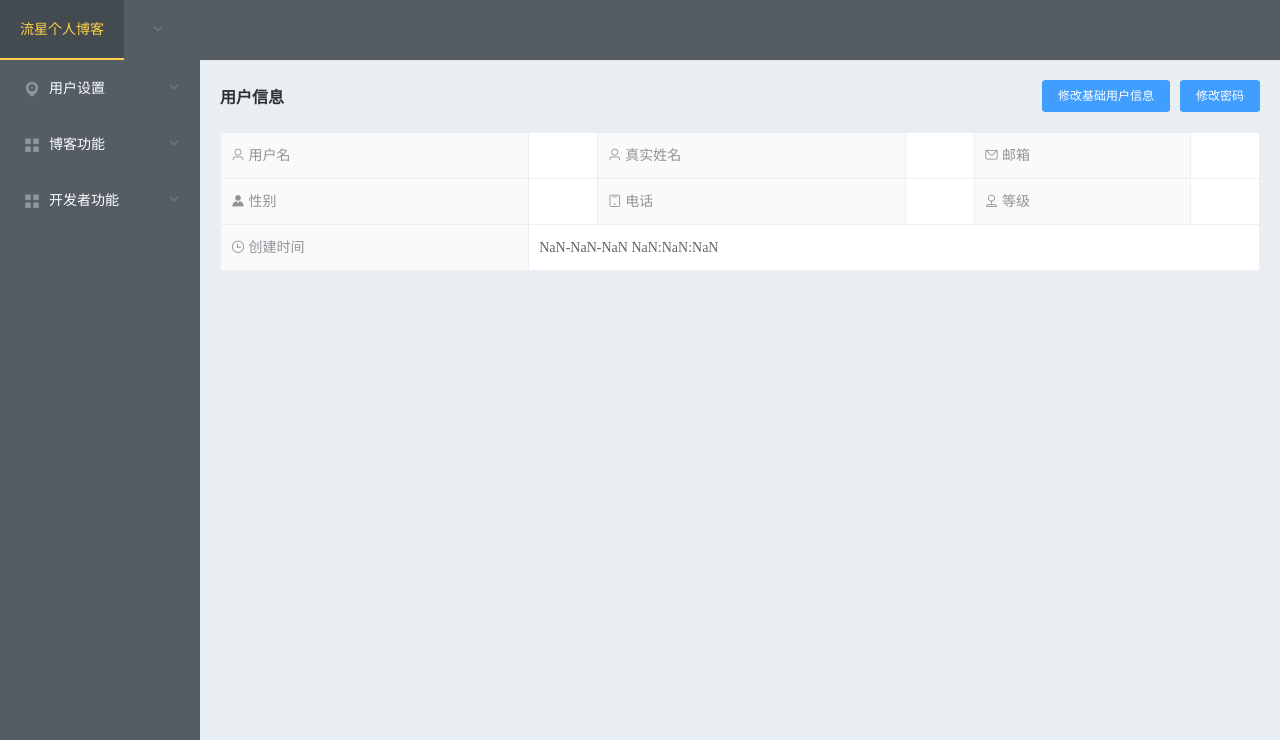
Repository: ljfzd6/showself
Page: /#/workplace
An editor plug-in stored every save of this project. The page is shown before and after the next save, followed by the edit.
The browser window is 1280 px wide. The pictures show the whole page.
The page's requests for data from a server got no answer. The project was rebuilt for these pictures with package versions that can differ from the ones it lists, and the page was loaded fresh each time. No one was signed in, and anything a server would have sent is missing. Also part of the build but not shown: vue.config.js, src/components/main-page.vue, src/views/hometext-page.vue, src/components/loginregister-page.vue, src/views/showtemplate-page.vue.

Above is the page before, as saved 2023-07-01 21:00:30.

### src/router/index.js
import Vue from 'vue'
import VueRouter from 'vue-router'
import MainPage from '@/components/main-page.vue'
import HomeText from '@/views/hometext-page.vue'
import LoginAndRegister from '@/components/loginregister-page.vue'
import WorkMain from '@/components/workplace-page.vue'
import ShowTemplate from '@/views/showtemplate-page.vue'
import UserImformation from '@/views/user-imformation-page.vue'

//导入插件
Vue.use(VueRouter)
// 新增以下代码，解决NavigationDuplicated问题
const originalPush = VueRouter.prototype.push
VueRouter.prototype.push = function push(location) {
  return originalPush.call(this, location).catch((err) => err)
}

const router = new VueRouter({
  // mode: 'hash',
  routes: [
    // 重定向首页
    { path: '/', redirect: '/home' },
    // 配置路由
    { path: '/login', component: LoginAndRegister },
    { path: '/workplace',
      component: WorkMain,
      redirect: '/workplace/userinformation',
      children: [
        {path: 'userinformation', component: UserImformation}
      ] },
    {
      path: '/home',
      component: MainPage,
      redirect: '/home/hometext',
      children: [
        { path: 'hometext', component: HomeText },
        { path: 'showtemplate', component: ShowTemplate },
        // { path: 'updateuser', component: UpdateUserInformation, name: 'updateuser' },
        // { path: 'alluser', component: AllUserInformation },
        // { path: 'useradd', component: UserAdd },
        // { path: 'userimageadd', component: UserImageAdd },
        // { path: 'qrcodecheck', component: ExtraQrcodeCheck },
        // { path: 'videoshow', component: videoShow, children: [{ path: 'video/:num', component: Video, name: 'video' }] },
        // { path: 'comment', component: Comment },
        // { path: 'updateusericon', component: UpdateUserIcon }
      ],
    },
  ],
})
export default router

### src/store/index.js
// 创建vuex中的stroe
import Vuex from 'vuex'
import Vue from 'vue'
import createPersistedState from 'vuex-persistedstate'
// 使用vuex组件
Vue.use(Vuex)
// 准备actions--用于响应组件中的动作
const actions = {
  updateuser (context, value) {
    context.commit('UPDATEUSER', value)
  }
}
// 准备mutations--用于操作数据
const mutations = {
  UPDATEUSER (state, value) {
    state.id = value.id
    state.username=value.username
    console.log(state.id+state.username)
  }
}
// 准备state--用于存储数据
const state = {
  id: '',
  username: ''
}
// 创建store
export default new Vuex.Store({
  plugins: [
    createPersistedState()
  ],
  actions, mutations, state
})

### src/components/workplace-page.vue
<template>
<div >
  <el-container class="pagestyle">
  <el-header >
<el-menu
  :default-active="activeIndex2"
  class="el-menu-demo"
  mode="horizontal"
  background-color="#545c64"
  text-color="#fff"
  active-text-color="#ffd04b"
  >
  <el-menu-item index="1">流星个人博客</el-menu-item>
  <el-submenu index="2">
    <template slot="title">{{  }}</template>
    <el-menu-item index="2-1" @click="userinformation()">个人信息</el-menu-item>
    <el-menu-item index="2-3" @click="null">注销登录</el-menu-item>
  </el-submenu>
</el-menu>
  </el-header>
  <el-container>
    <el-aside style="height: 680px;"  width="200px"  class="mainpage">
  <el-col :span="12">
    <el-menu
      default-active="2"
      class="el-menu-vertical-demo"
      background-color="#545c64"
      text-color="#fff"
      active-text-color="#ffd04b"
      >
      <el-submenu index="1">
        <template slot="title">
          <i class="el-icon-location"></i>
          <span>用户设置</span>
        </template>
        <el-menu-item-group>
          <el-menu-item index="1-1" @click="userinformation()">个人信息</el-menu-item>
          <el-menu-item index="1-2" @click="homepage()">回到首页</el-menu-item>
          <el-menu-item index="1-3" @click="null">注销</el-menu-item>
        </el-menu-item-group>
      </el-submenu>
      <el-submenu index="2">
         <template slot="title">
        <i class="el-icon-menu"></i>
        <span slot="title">博客功能</span>
         </template>
           <el-menu-item-group>
          <template slot="title">主要功能</template>
          <el-menu-item index="2-1" @click="null">我的博客</el-menu-item>
          <el-menu-item index="2-2" @click="null">创建博客</el-menu-item>
          <el-menu-item index="2-3" @click="null">赞助一下</el-menu-item>
        </el-menu-item-group>
      </el-submenu>
        <el-submenu index="3">
         <template slot="title">
        <i class="el-icon-menu"></i>
        <span slot="title">开发者功能</span>
         </template>
           <el-menu-item-group>
          <el-menu-item index="2-1" @click="null">上传模板</el-menu-item>
          <el-menu-item index="2-2" @click="null">我的模板</el-menu-item>
        </el-menu-item-group>
      </el-submenu>
    </el-menu>
  </el-col>
    </el-aside>
    <el-main style="height: 100%;">
      <router-view></router-view>
      </el-main>
  </el-container>
</el-container>
</div>
</template>

<script>
export default {
  data () {
    return {
      activeIndex: '1',
      activeIndex2: '1'
    }
  },
  methods: {
    userinformation(){
      this.$router.push('/workplace/userinformation')
    },
    homepage() {
      this.$router.push('/home/hometext')
    }
  }
}
</script>

<style lang="less" scoped>
.pagestyle {
  padding-left: 0px;
  padding-top: 0px;
  padding-bottom: 0px;
  height: 680px;
}
.el-menu-vertical-demo:not(.el-menu--collapse) {
    width: 200px;
    min-height: 400px;
  }
   &.el-header{
    background-color: #B3C0D1;
    color: #333;
    text-align: center;
    line-height: px;
    padding: 0 0px;
  }

  .el-aside {
    background-color: #D3DCE6;
    color: #333;
    text-align: left;
    line-height: 200px;
  }

  .el-main {
    background-color: #E9EEF3;
    color: #333;
    text-align: center;
    height:540px;
    flex-grow:1;
  }

  body > .el-container {
    margin-bottom: 40px;
    height: 100%;
  }
  .mainpage{
    height: 540px;
    padding-bottom: 0px;
    background-color: rgb(84, 92, 100);
  }

</style>

### src/views/user-imformation-page.vue
  <template>
  <div>
    <el-descriptions class="margin-top" title="用户信息" :column="3" :size="size" border>
    <template slot="extra">
      <el-button type="primary" size="small" @click="updateuser()">修改基础用户信息</el-button>
      <el-button type="primary" size="small" @click=" dialogFormVisible= true">修改密码</el-button>
    </template>
    <el-descriptions-item>
      <template slot="label">
        <i class="el-icon-user"></i>
        用户名
      </template>
      {{user.username}}
    </el-descriptions-item>
    <el-descriptions-item>
      <template slot="label">
        <i class="el-icon-user"></i>
        真实姓名
      </template>
      {{this.user.name}}
    </el-descriptions-item>
    <el-descriptions-item>
      <template slot="label">
        <i class="el-icon-message"></i>
        邮箱
      </template>
      {{this.user.email}}
    </el-descriptions-item>
    <el-descriptions-item>
      <template slot="label">
        <i class="el-icon-s-custom"></i>
        性别
      </template>
      {{this.user.sex}}
    </el-descriptions-item>
    <el-descriptions-item>
      <template slot="label">
        <i class="el-icon-mobile"></i>
        电话
      </template>
      {{this.user.phone}}
    </el-descriptions-item>
    <el-descriptions-item>
      <template slot="label">
        <i class="el-icon-coordinate"></i>
        等级
      </template>
      {{this.user.grade}}
    </el-descriptions-item>
    <el-descriptions-item>
      <template slot="label">
        <i class="el-icon-time"></i>
        创建时间
      </template>
      {{this.user.createtime|formatDate('yyyy-MM-dd HH:mm:ss')}}
    </el-descriptions-item>
  </el-descriptions>
    <!-- 修改密码弹窗 -->
 <el-dialog title="修改密码" :visible.sync="dialogFormVisible">
  <el-form :model="form">
    <el-form-item label="输入新密码" :label-width="formLabelWidth">
      <el-input v-model="newpassword" autocomplete="off"></el-input>
    </el-form-item>
    <el-form-item label="确认新密码" :label-width="formLabelWidth">
      <el-input v-model="rnewpassword" autocomplete="off"></el-input>
    </el-form-item>
  </el-form>
  <div slot="footer" class="dialog-footer">
    <el-button @click="dialogFormVisible = false">取 消</el-button>
    <el-button type="primary" @click="ok()">确 定</el-button>
  </div>
</el-dialog>
  </div>
</template>

<script>
import { SelectUserById, UpdatePassword } from '@/api/userApI.js'
export default {
  methods: {
    updateuser () {
      this.$router.push({ name: 'updateuser', params: { user: this.user } })
    },
 // 获取表单信息
    async getinformation () {
      const { data: res } = await SelectUserById(this.$store.state.id)
      console.log(res.data)
      this.user = res.data
      if (this.user.sex == 1) {
        this.user.sex = '男'
      } else {
        this.user.sex = '女'
      }
    },
   async ok () {
      if (this.newpassword == this.rnewpassword) {
        console.log("this.password, this.userid"+this.password+ this.userid)
        const { data: res } = await UpdatePassword( this.user.id,this.newpassword);
      if (res.code == 200) {
        this.$notify({
          title: '成功',
          message: res.msg,
          type: 'success'
        });
        this.dialogFormVisible = false;
        this.getinformation();
        this.newpassword = '';
        this.rnewpassword = '';
      } else {
        this.$notify.error({
          title: '错误',
          message: res.msg
        });
        this.dialogFormVisible= false
      }
      } else {
        this.$notify.error({
          title: '错误',
          message: '两遍密码输入不一致'
        });
      }
    }
  },
  data () {
    return {
      dialogFormVisible: false,
      user: '',
      size: '',
      newpassword: '',
      rnewpassword:''
    }
  },

  // 获取展示数据
  created () {
    this.getinformation()
  },
  filters: {
    formatDate: function (value, args) {
      var dt = new Date(value);
        // yyyy-MM-dd HH:mm:ss
        let year = dt.getFullYear();
        let month = (dt.getMonth() + 1).toString().padStart(2, '0');
        let date = dt.getDate().toString().padStart(2, '0');
        let hour = dt.getHours().toString().padStart(2, '0');
        let minute = dt.getMinutes().toString().padStart(2, '0');
        let second = dt.getSeconds().toString().padStart(2, '0');
        return `${year}-${month}-${date} ${hour}:${minute}:${second}`;
    }
  }
}
</script>

<style>

</style>

### src/api/userApI.js
import request from '@/utils/request.js'
//登录
export const Login = function (email, password,verifycode) {
  // 请求路径
  return request.get('/user/login', {
    params: {
      email: email,
      password: password,
      verifyCode: verifycode
    }
  })
}
// 通过id返回用户数据请求
export const SelectUserById = function (id) {
  return request.get('/user/getuserbyid', {
    params: {
      id: id
    }
  })
}
// 通过邮箱返回用户数据请求
export const SelectUserByEmail = function (email) {
  return request.get('/user/getuserbyemail', {
    params: {
      email: email,
      operator: 'admin'
    }
  })
}
// 获取验证码
export const GetVerifCode = function () {
  return request.get('/user/verifycode', {
    responseType: 'blob'
  })
}
// 发送验证码
export const SendVerifEmail = function (email) {
  return request.get('/email/sendregisteremail', {
    params: {
      email: email
    }
  })
}
// 添加用户
export const AddUser = function (user,code,usercode) {
  return request.post('/user/register', {
      user: {
        username: user.username,
        password: user.password,
        name: user.name,
        phone: user.phone,
        email: user.email,
      },
      code: code,
      usercode:usercode
  })
}
// 修改密码
export const UpdatePassword = function (id,password) {
  return request.put('/user/updatepassword', {
    user: {
      id: id,
      password: password
    },
    operator: id
  })
}
// 修改用户数据
export const UpdateUserInformation = function (user) {
   console.log('准备发送的' + user)
  return request.put('/user/updateuser', {
    user:{
      id: user.id,
      username: user.username,
      name: user.name,
      phone: user.phone,
      email: user.email,
      sex: user.sex,
    },
      operator: user.name

  })
}


// // 获取全部用户
// export const GetAllUser = function () {
//   return request.get('/user/getalluser')
// }
// // 删除指定用户
// export const DeleteUser = function (username) {
//   return request.get('/user/deleteuser', {
//     params: {
//       username: username
//     }
//   })
// }

### src/utils/request.js
import axios from 'axios'
const request = axios.create({
  // 请求的接口基础路径
  baseURL: '/api'
})
export default request

Loaded but not shown: public/index.html (common file); src/main.js (common file); src/App.vue (common file)

After the next save:
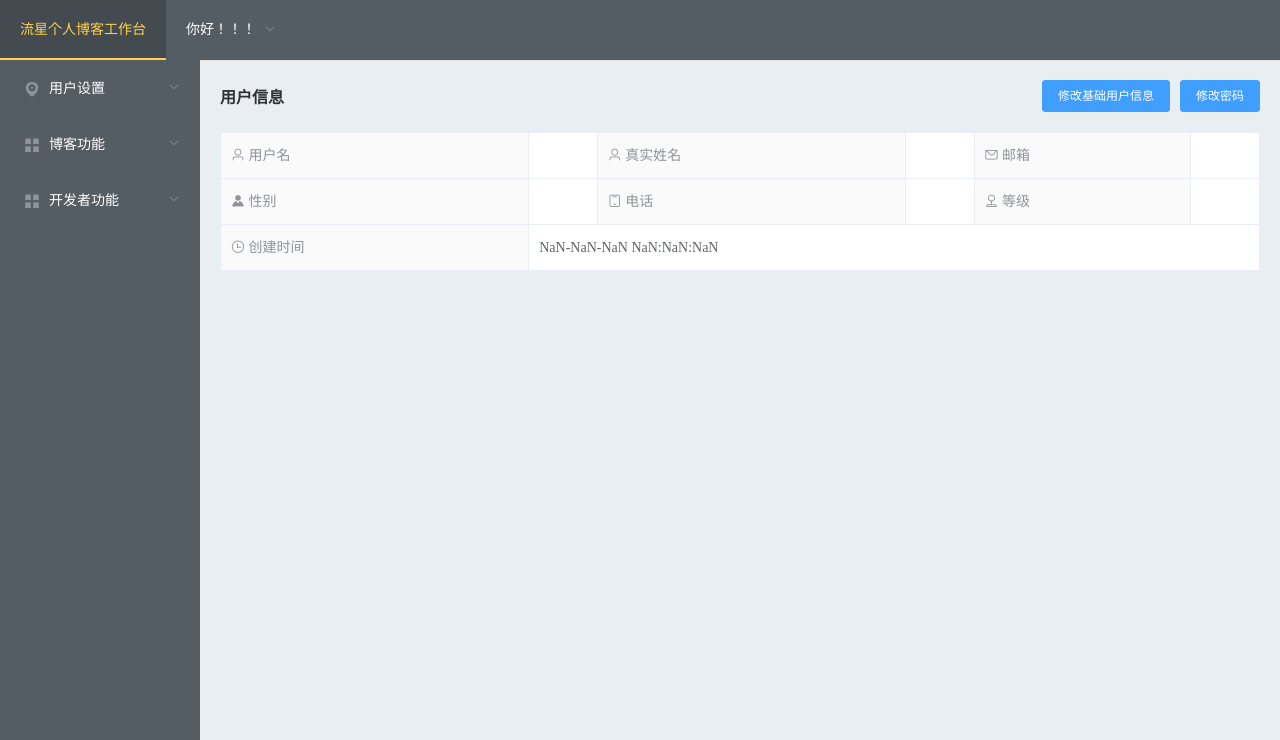
Saved 2 min 20 s later.
--- a/src/components/workplace-page.vue
+++ b/src/components/workplace-page.vue
@@ -10,11 +10,11 @@
   text-color="#fff"
   active-text-color="#ffd04b"
   >
-  <el-menu-item index="1">流星个人博客</el-menu-item>
+  <el-menu-item index="1">流星个人博客工作台</el-menu-item>
   <el-submenu index="2">
-    <template slot="title">{{  }}</template>
+    <template slot="title">你好！！！{{ $store.state.username }}</template>
     <el-menu-item index="2-1" @click="userinformation()">个人信息</el-menu-item>
-    <el-menu-item index="2-3" @click="null">注销登录</el-menu-item>
+    <el-menu-item index="2-3" @click="logoff()">注销登录</el-menu-item>
   </el-submenu>
 </el-menu>
   </el-header>
@@ -36,7 +36,7 @@
         <el-menu-item-group>
           <el-menu-item index="1-1" @click="userinformation()">个人信息</el-menu-item>
           <el-menu-item index="1-2" @click="homepage()">回到首页</el-menu-item>
-          <el-menu-item index="1-3" @click="null">注销</el-menu-item>
+          <el-menu-item index="1-3" @click="logoff()">注销</el-menu-item>
         </el-menu-item-group>
       </el-submenu>
       <el-submenu index="2">
@@ -46,9 +46,8 @@
          </template>
            <el-menu-item-group>
           <template slot="title">主要功能</template>
-          <el-menu-item index="2-1" @click="null">我的博客</el-menu-item>
-          <el-menu-item index="2-2" @click="null">创建博客</el-menu-item>
-          <el-menu-item index="2-3" @click="null">赞助一下</el-menu-item>
+          <el-menu-item index="2-1" @click="mineBlog()">我的博客</el-menu-item>
+          <el-menu-item index="2-2" @click="mineBlog()">创建博客</el-menu-item>
         </el-menu-item-group>
       </el-submenu>
         <el-submenu index="3">
@@ -86,6 +85,13 @@ export default {
     },
     homepage() {
       this.$router.push('/home/hometext')
+    },
+    logoff () {
+      this.$store.dispatch('updateuser', {id: '', username: ''})
+      this.$router.push('/home/hometext')
+    },
+    mineBlog(){
+      this.$router.push('/workplace/mineBlog')
     }
   }
 }
